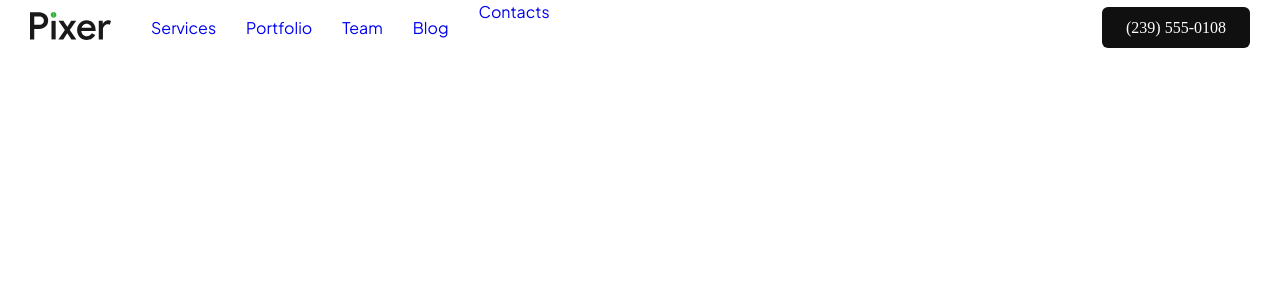
Repository: UlugbekAbdurasulov/pixar
Page: index.html
These files come from the project's save history. The page is drawn as it stood at one moment and after the next save; the edit follows.
The browser window is 1280 px wide. The pictures show the whole page.

Above is the page before, as saved 2023-06-04 23:28:31.

### index.html
<!DOCTYPE html>
<html lang="en">
  <head>
    <meta charset="UTF-8" />
    <meta http-equiv="X-UA-Compatible" content="IE=edge" />
    <meta name="viewport" content="width=device-width, initial-scale=1.0" />

    <link rel="stylesheet" href="./css/main.css" />
    <title>Imthon</title>
  </head>
  <body>
    <header class="navbar">
      <div class="container">
        <div class="navbar-box">
          <div class="navvar-right">
            <a href="#"
              ><img
                src="./image/logo.svg"
                width="81"
                height="28"
                alt="pixer campaign lagatip"
            /></a>

            <nav class="navbar-naving">
              <ul class="navvar-helper">
                <li class="navbar-menu"><a href="#"><p>   Services</p></a></li>
                <li class="navbar-menu"><a href="#"><p>Portfolio</p></a></li>
                <li class="navbar-menu"><a href="#"><p>Team</p></a></li>
                <li class="navbar-menu"><a href="#"><p>Blog</p></a></li>
                <li class="navbar-menu"><a href="#">Contacts</a></li>
              </ul>
            </nav>
          </div>
          <div class="navbar-link">
            <a class="navbar-enker" href="tel:2395550108">(239) 555-0108 </a>
          </div>
        </div>
      </div>
    </header>
  </body>
</html>

### css/main.css
/* plus-jakarta-sans-regular - latin */
@font-face {
    font-display: swap; /* Check https://developer.mozilla.org/en-US/docs/Web/CSS/@font-face/font-display for other options. */
    font-family: 'Plus Jakarta Sans';
    font-style: normal;
    font-weight: 400;
    src: url('../fontFamly/plus-jakarta-sans-v7-latin-regular.woff2') format('woff2'); /* Chrome 36+, Opera 23+, Firefox 39+, Safari 12+, iOS 10+ */
    src:    url('../fontFamly/plus-jakarta-sans-v7-latin-regular.woff') format('woff'); /* Chrome 5+, Firefox 3.6+, IE 9+, Safari 5.1+, iOS 5+ */
      }

  @font-face {
    font-display: swap; /* Check https://developer.mozilla.org/en-US/docs/Web/CSS/@font-face/font-display for other options. */
    font-family: 'Plus Jakarta Sans';
    font-style: italic;
    font-weight: 500;
    src:   url('../fontFamly/plus-jakarta-sans-v7-latin-500italic.woff2') format('woff2'); /* Chrome 36+, Opera 23+, Firefox 39+, Safari 12+, iOS 10+ */
    src:   url('../fontFamly/plus-jakarta-sans-v7-latin-500italic.woff') format('woff'); /* Chrome 5+, Firefox 3.6+, IE 9+, Safari 5.1+, iOS 5+ */
       }

  @font-face {
    font-display: swap; /* Check https://developer.mozilla.org/en-US/docs/Web/CSS/@font-face/font-display for other options. */
    font-family: 'Plus Jakarta Sans';
    font-style: normal;
    font-weight: 600;
 src:  url('../fontFamly/plus-jakarta-sans-v7-latin-600.woff2') format('woff2'); /* Chrome 36+, Opera 23+, Firefox 39+, Safari 12+, iOS 10+ */
 src:      url('../fontFamly/plus-jakarta-sans-v7-latin-600.woff') format('woff'); /* Chrome 5+, Firefox 3.6+, IE 9+, Safari 5.1+, iOS 5+ */
      }

  @font-face {
    font-display: swap; /* Check https://developer.mozilla.org/en-US/docs/Web/CSS/@font-face/font-display for other options. */
    font-family: 'Plus Jakarta Sans';
    font-style: normal;
    font-weight: 700;
    src:  url('../fontFamly/plus-jakarta-sans-v7-latin-700.woff2') format('woff2'); /* Chrome 36+, Opera 23+, Firefox 39+, Safari 12+, iOS 10+ */
      src:   url('../fontFamly/plus-jakarta-sans-v7-latin-700.woff') format('woff'); /* Chrome 5+, Firefox 3.6+, IE 9+, Safari 5.1+, iOS 5+ */

  }





* {
    box-sizing: border-box;
    text-decoration: none;
    list-style: none;
  }
  body {
    margin: 0;
    padding: 0;
    background-color: #fff;
  }
  .container {
    width: 1260px;
    margin: 0px auto;
  padding: 0 20px;
  }
.navbar-box{
    display: flex;
    justify-content: space-between;
    align-items: center;
    margin: 0;
}

.navvar-right{
    display: flex;
    justify-content: center;
    align-items: center;
    margin: 0;
}
 .navvar-helper{
    display: flex;
    margin: 0;
 }
.navbar-menu{
    margin-right: 30px;
}
.navbar-enker{
    color: #fff;
    margin: auto right;
    background: #101010;
border-radius: 6px;
padding: 12px 24px;
}
.navbar-menu{
    font-family: 'Plus Jakarta Sans';
font-style: normal;
font-weight: 500;
font-size: 16px;
line-height: 150%;
color: #101010;
}

### image/logo.svg
<svg width="81" height="28" viewBox="0 0 81 28" fill="none" xmlns="http://www.w3.org/2000/svg">
<path d="M0 27.3919V0.303287H9.34316C10.5077 0.295204 11.664 0.499932 12.7556 0.907471C13.7897 1.29072 14.742 1.86772 15.5618 2.6078C16.3947 3.36821 17.057 4.29789 17.5046 5.3351C17.9523 6.3723 18.175 7.49328 18.158 8.62358C18.1698 9.74744 17.9445 10.8611 17.497 11.8913C17.0496 12.9215 16.39 13.8449 15.5618 14.6008C14.7422 15.3412 13.7899 15.9182 12.7556 16.3011C11.6648 16.7088 10.5093 16.9139 9.34542 16.9065H4.25674V27.3862L0 27.3919ZM9.45604 12.8257C10.1017 12.8382 10.7431 12.7171 11.34 12.4697C11.8662 12.2485 12.3409 11.92 12.7341 11.5051C13.1055 11.1105 13.3993 10.649 13.5999 10.1448C13.7961 9.66446 13.8984 9.15069 13.9013 8.63152C13.8979 7.55157 13.4798 6.51456 12.7341 5.73642C12.3077 5.30129 11.7976 4.95789 11.2348 4.72715C10.672 4.49641 10.0684 4.38315 9.46056 4.39429H4.25674V12.8302L9.45604 12.8257Z" fill="#191919"/>
<path d="M21.4734 8.85371V27.3919H25.6556V8.85371H21.4734Z" fill="#191919"/>
<path d="M26.3611 2.83451C26.3674 3.20623 26.2989 3.57538 26.1598 3.91992C26.0208 4.26446 25.814 4.57731 25.5518 4.83977C25.2975 5.10879 24.9903 5.32169 24.6496 5.46494C24.3089 5.60819 23.9422 5.67864 23.573 5.6718V0.000627874C23.9422 -0.00592918 24.3088 0.0646457 24.6494 0.207876C24.9901 0.351106 25.2973 0.563865 25.5518 0.832657C25.8134 1.09484 26.0199 1.40716 26.1589 1.75105C26.2979 2.09495 26.3667 2.4634 26.3611 2.83451Z" fill="#35AF39"/>
<path d="M23.5696 0.000636352V5.67521C23.1955 5.68389 22.8238 5.61441 22.4779 5.47118C22.132 5.32795 21.8195 5.11409 21.5603 4.84318C21.2969 4.58076 21.0891 4.26751 20.9494 3.92231C20.8097 3.5771 20.7411 3.20708 20.7475 2.83452C20.7422 2.46314 20.8114 2.09449 20.9511 1.75055C21.0907 1.40662 21.2979 1.09445 21.5603 0.832666C21.8199 0.562198 22.1324 0.34864 22.4782 0.205443C22.824 0.0622456 23.1956 -0.00748732 23.5696 0.000636352Z" fill="#35AF39"/>
<path d="M34.8486 17.9709L28.481 8.85371H33.3417L37.3343 14.7176H37.4471L41.1722 8.85371H46.2203L39.7781 17.9709L46.3331 27.3919H41.3664L37.3726 21.3387H37.2598L33.2999 27.3919H28.3681L34.8486 17.9709Z" fill="#191919"/>
<path d="M65.2893 22.9653C64.4947 24.4194 63.3552 25.654 61.9717 26.5598C60.5419 27.5196 58.7843 27.9995 56.699 27.9995C55.3882 28.0133 54.088 27.7623 52.8757 27.2615C51.7354 26.7889 50.7032 26.0872 49.8426 25.1996C48.9783 24.302 48.2996 23.2413 47.8458 22.0789C47.3571 20.8192 47.1142 19.4769 47.1301 18.1251C47.1227 16.8268 47.3523 15.5382 47.8074 14.3231C48.2358 13.1637 48.8815 12.0975 49.7094 11.182C50.5737 10.2405 51.6261 9.49271 52.7979 8.98757C53.9696 8.48244 55.2344 8.23133 56.5094 8.25066C57.9392 8.25066 59.214 8.49022 60.3338 8.96934C61.4151 9.42349 62.3856 10.1076 63.1784 10.9746C63.9808 11.8743 64.5899 12.9305 64.9676 14.0771C65.3926 15.3558 65.6028 16.6966 65.5895 18.0446V18.3846C65.5654 18.4964 65.5526 18.6104 65.5512 18.7247C65.5266 18.8237 65.514 18.9253 65.5139 19.0274H51.3123C51.3651 19.8327 51.583 20.6185 51.9524 21.3353C52.2761 21.9571 52.7174 22.5096 53.2516 22.9619C53.7568 23.3856 54.3391 23.7067 54.9663 23.9073C55.562 24.1045 56.1847 24.2066 56.8119 24.21C58.016 24.21 59.0082 23.9202 59.7886 23.3405C60.5665 22.7601 61.2192 22.0274 61.7075 21.1868L65.2893 22.9653ZM61.4073 15.8149C61.3409 15.3791 61.2207 14.9534 61.0495 14.5476C60.85 14.0652 60.5555 13.6284 60.1837 13.2632C59.7461 12.8402 59.2354 12.5006 58.6767 12.2612C58.0619 11.9838 57.315 11.8452 56.436 11.8452C55.2319 11.8452 54.1957 12.2045 53.3273 12.9232C52.4588 13.6418 51.8749 14.6057 51.5753 15.8149H61.4073Z" fill="#191919"/>
<path d="M68.7547 8.85369H72.7055V11.6536H72.9313C73.1688 11.1616 73.4819 10.7102 73.8591 10.316C74.247 9.89965 74.6912 9.54019 75.1787 9.24817C75.6682 8.95657 76.186 8.71577 76.7241 8.5295C77.226 8.34898 77.7544 8.25397 78.2875 8.24837C78.8074 8.23859 79.3264 8.29612 79.8317 8.41954C80.2394 8.52653 80.632 8.68498 81 8.8911L79.7944 12.7123C79.4992 12.5808 79.1891 12.4856 78.8711 12.4289C78.4668 12.3607 78.0573 12.3288 77.6474 12.3337C77.0015 12.3262 76.3626 12.4698 75.7815 12.7531C75.2163 13.0321 74.7108 13.4195 74.2937 13.8935C73.8555 14.3945 73.5168 14.9752 73.2959 15.604C73.0551 16.2746 72.9339 16.9826 72.938 17.6954V27.3918H68.7614L68.7547 8.85369Z" fill="#191919"/>
</svg>

After the next save:
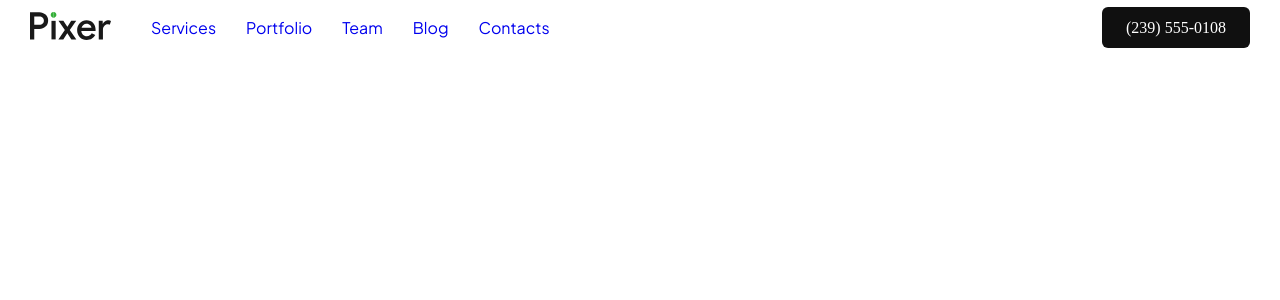
Saved 10 s later.
--- a/index.html
+++ b/index.html
@@ -27,7 +27,7 @@
                 <li class="navbar-menu"><a href="#"><p>Portfolio</p></a></li>
                 <li class="navbar-menu"><a href="#"><p>Team</p></a></li>
                 <li class="navbar-menu"><a href="#"><p>Blog</p></a></li>
-                <li class="navbar-menu"><a href="#">Contacts</a></li>
+                <li class="navbar-menu"><a href="#"><p>Contacts</p></a></li>
               </ul>
             </nav>
           </div>

After the 2 saves that followed:
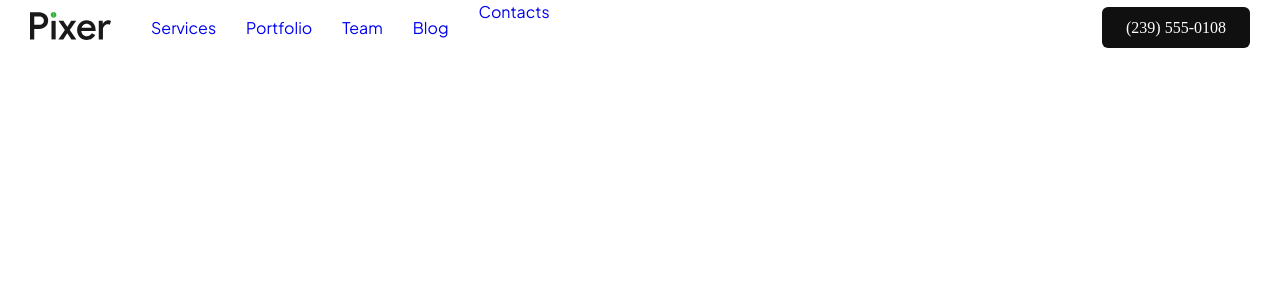
The 2 saves are shown as one change because they came seconds apart.
The last was saved 17 s later.
--- a/index.html
+++ b/index.html
@@ -27,7 +27,7 @@
                 <li class="navbar-menu"><a href="#"><p>Portfolio</p></a></li>
                 <li class="navbar-menu"><a href="#"><p>Team</p></a></li>
                 <li class="navbar-menu"><a href="#"><p>Blog</p></a></li>
-                <li class="navbar-menu"><a href="#"><p>Contacts</p></a></li>
+                <li class="navbar-menu"><a href="#">Contacts</a></li>
               </ul>
             </nav>
           </div>
